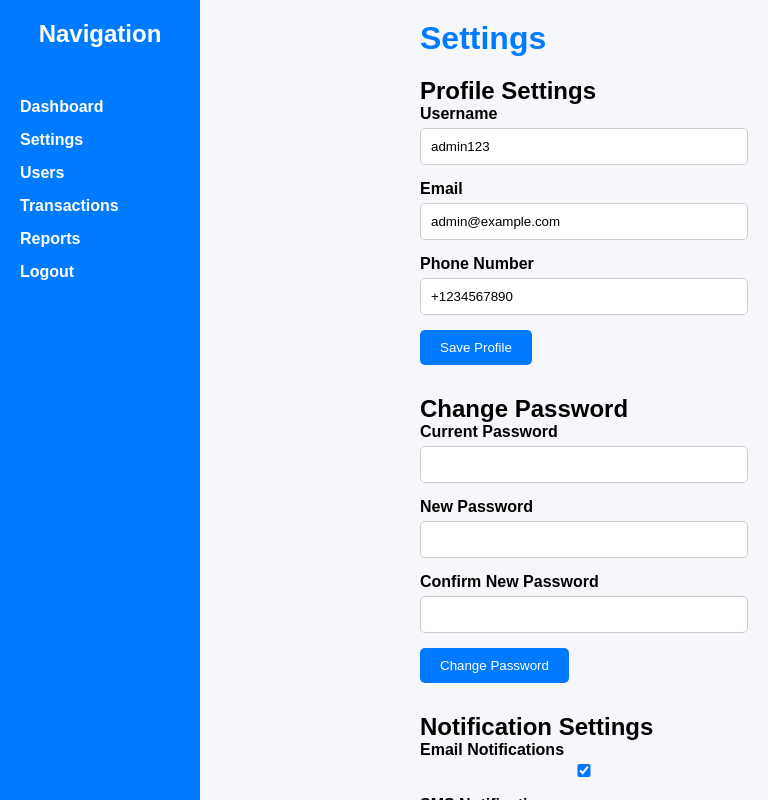
Repository: 2025silverx/slivedrX
Page: setting.html
An editor plug-in stored every save of this project. The page is shown before and after the next save, followed by the edit.
The browser window is 768 px wide. The pictures show the whole page.
An inner scrolling area shows only its first screen.

Above is the page before, as saved 2025-01-05 00:20:27.

After the next save:
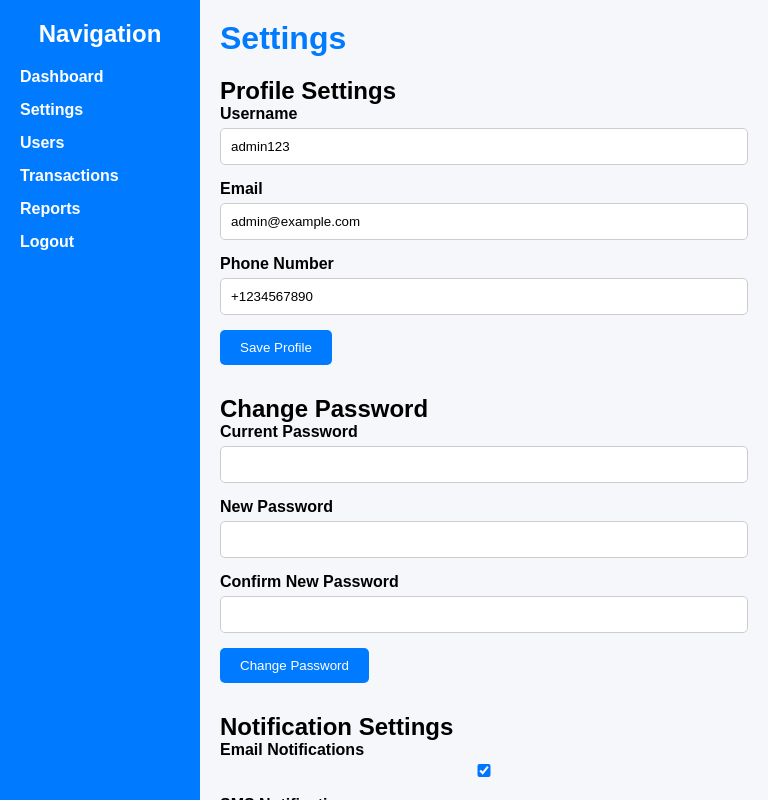
Saved 77 s later.
--- a/settings.css
+++ b/settings.css
@@ -24,16 +24,19 @@ body {
     position: sticky;
     top: 0;
     height: 100vh;
+    /* Remove any margin or padding at the side */
+    margin-right: 0;
 }
 
+/* Sidebar heading */
 .sidebar h2 {
     margin-bottom: 20px;
     text-align: center;
 }
 
+/* Sidebar links */
 .sidebar-links {
     list-style: none;
-    margin-top: 30px;
 }
 
 .sidebar-links li {
@@ -54,7 +57,8 @@ body {
 .main-content {
     flex: 1;
     padding: 30px;
-    margin-left: 250px; /* Leave space for sidebar */
+    /* No margin-left to close the gap */
+    margin-left: 0;
     overflow-y: auto;
 }
 
@@ -104,7 +108,7 @@ h1 {
     }
 
     .main-content {
-        margin-left: 200px;
+        margin-left: 0;
         padding: 20px;
     }
 }
